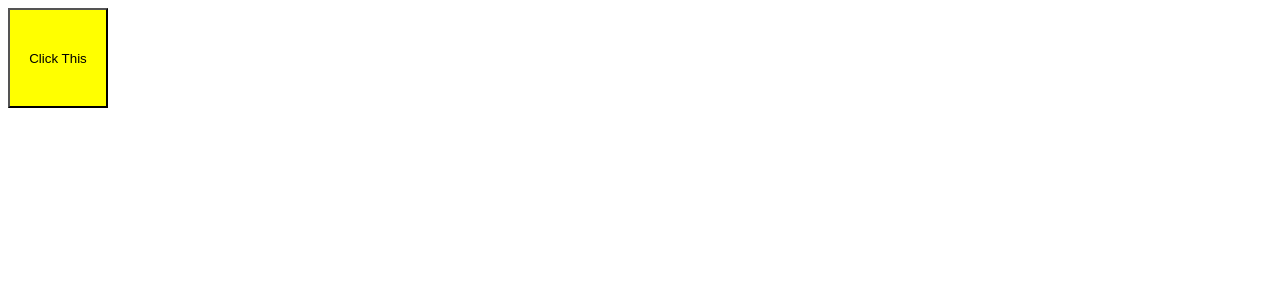
Repository: dinhhaidh/l-r-i2
Page: index.html
The author's editor kept a copy of each file at every save. The page is drawn from the files as they stood at one save, then again after the next save.
The browser window is 1280 px wide. The pictures show the whole page.

Above is the page before, as saved 2024-01-10 22:19:56.

### index.html
<!DOCTYPE html>
<html lang="en">
<head>
    <meta charset="UTF-8">
    <meta name="viewport" content="width=device-width, initial-scale=1.0">
    <title>Document</title>
</head>
<style>

</style>
<body>
    <button style="width: 100px; height: 100px; background: yellow; z-index: 1000; position: absolute;">Click This</button>
<canvas id="canvas"></canvas>
</body>
</html>

After the next save:
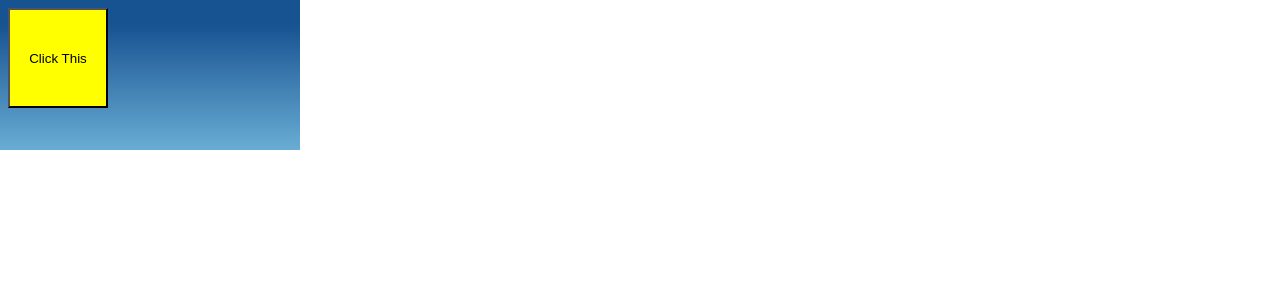
Saved 18 s later.
--- a/index.html
+++ b/index.html
@@ -6,7 +6,26 @@
     <title>Document</title>
 </head>
 <style>
+    HTML CSS JSResult Skip Results Iframe
+EDIT ON
+body{margin:0;height:100%;}
+canvas{
+    position:absolute;top:0;left:0;
+    z-index:100;
+    background-image: linear-gradient(bottom, rgb(105,173,212) 0%, rgb(23,82,145) 84%);
+    background-image: -o-linear-gradient(bottom, rgb(105,173,212) 0%, rgb(23,82,145) 84%);
+    background-image: -moz-linear-gradient(bottom, rgb(105,173,212) 0%, rgb(23,82,145) 84%);
+    background-image: -webkit-linear-gradient(bottom, rgb(105,173,212) 0%, rgb(23,82,145) 84%);
+    background-image: -ms-linear-gradient(bottom, rgb(105,173,212) 0%, rgb(23,82,145) 84%);
 
+    background-image: -webkit-gradient(
+        linear,
+        left bottom,
+        left top,
+        color-stop(0, rgb(105,173,212)),
+        color-stop(0.84, rgb(23,82,145))
+    );
+}
 </style>
 <body>
     <button style="width: 100px; height: 100px; background: yellow; z-index: 1000; position: absolute;">Click This</button>
